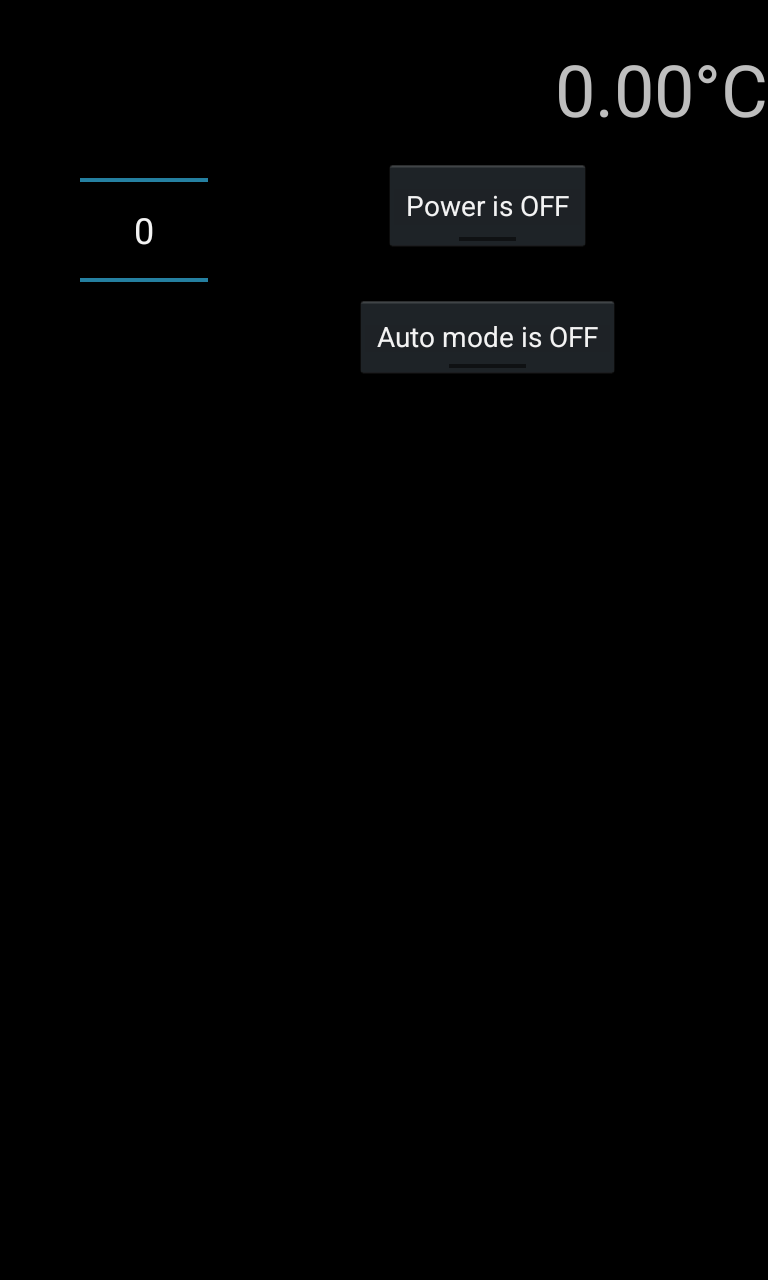
Repository: deanzaka/Embedded-Freezmo
Layout: Embedded-Freezmo/applications/IOIOSimpleApp/res/layout/main.xml
An editor plug-in stored every save of this project. The layout is shown before and after the next save, followed by the edit.
It is drawn on a 768 x 1280 px phone screen (xhdpi) without system bars, with theme android:Theme.Holo; the app's code is not run.

Above is the layout before, as saved 2014-06-11 22:47:51.

After the next save:
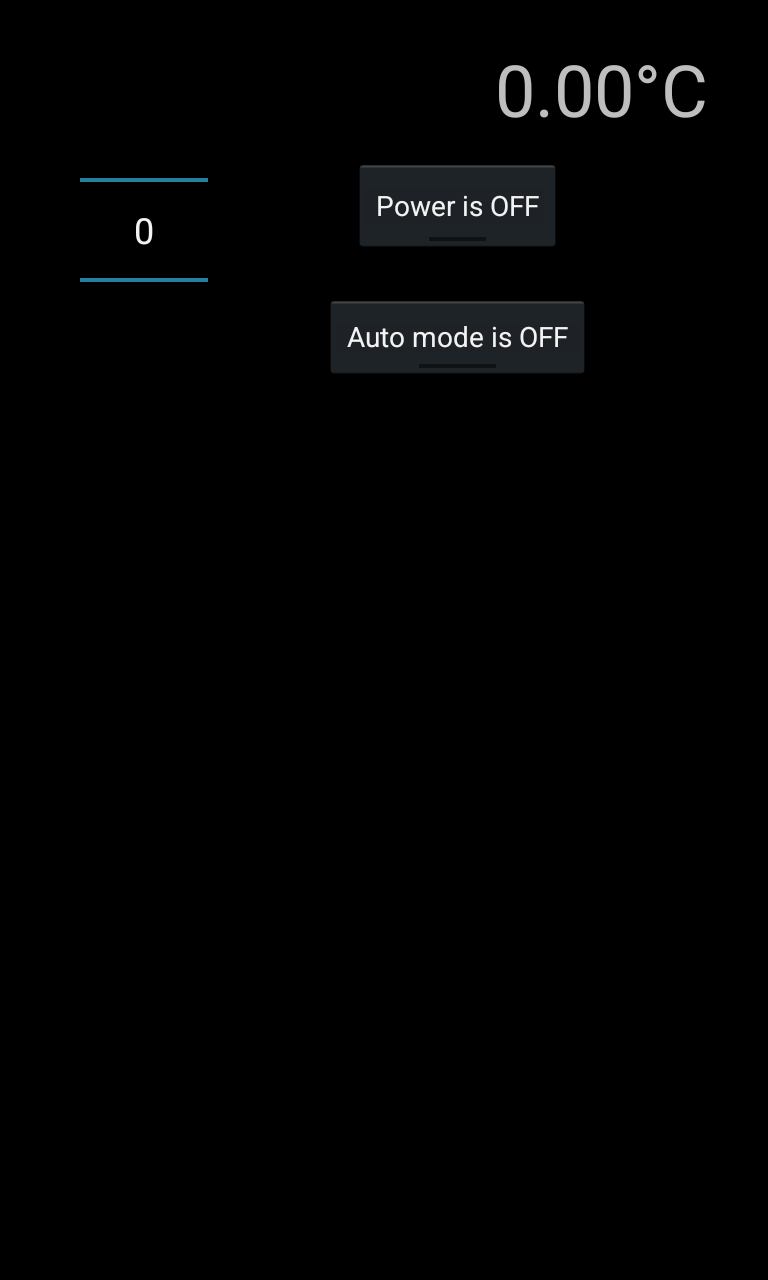
Saved 53 s later.
--- a/Embedded-Freezmo/applications/IOIOSimpleApp/res/layout/main.xml
+++ b/Embedded-Freezmo/applications/IOIOSimpleApp/res/layout/main.xml
@@ -24,6 +24,7 @@
                 android:layout_width="fill_parent"
                 android:layout_height="fill_parent"
                 android:layout_marginTop="20dp"
+                android:layout_marginRight="30dp"
                 android:orientation="vertical" >
 
                 <RelativeLayout
